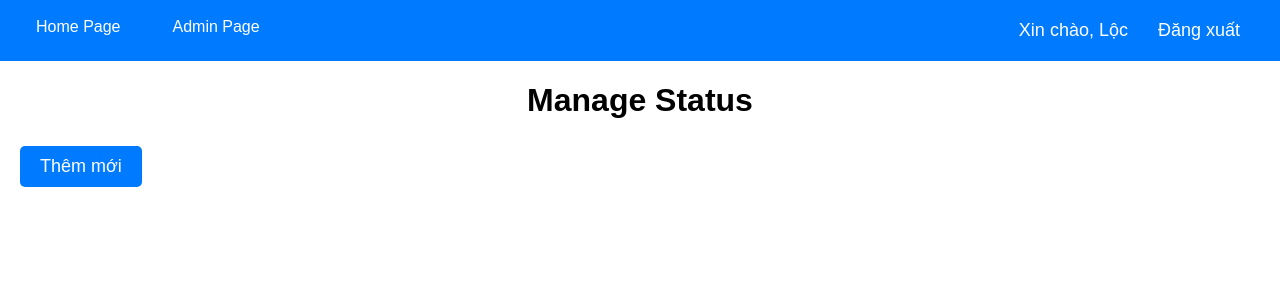
Repository: Loc2804/LTM
Page: http://localhost/RestaurantProject/ManageStatus.jsp
The author's editor kept a copy of each file at every save. The page is drawn from the files as they stood at one save, then again after the next save.
The browser window is 1280 px wide. The pictures show the whole page.
The page is served by Tomcat 10.

Above is the page before, as saved 2024-12-07 18:04:30.

After the next save:
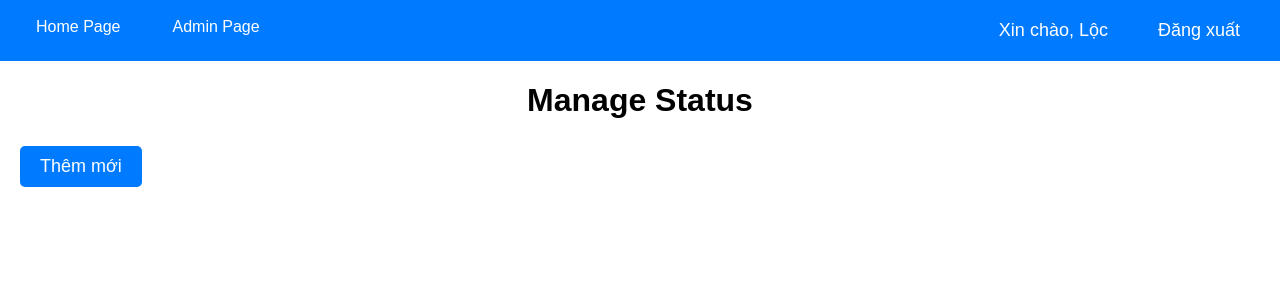
Saved 14 s later.
--- a/RestaurantProject/src/main/webapp/ManageStatus.jsp
+++ b/RestaurantProject/src/main/webapp/ManageStatus.jsp
@@ -75,7 +75,7 @@
     }
     .welcome-user{
     	display: flex;
-    	gap:10px;
+    	gap:30px;
     }
     .welcome-user span{
     	margin-top:10px;
